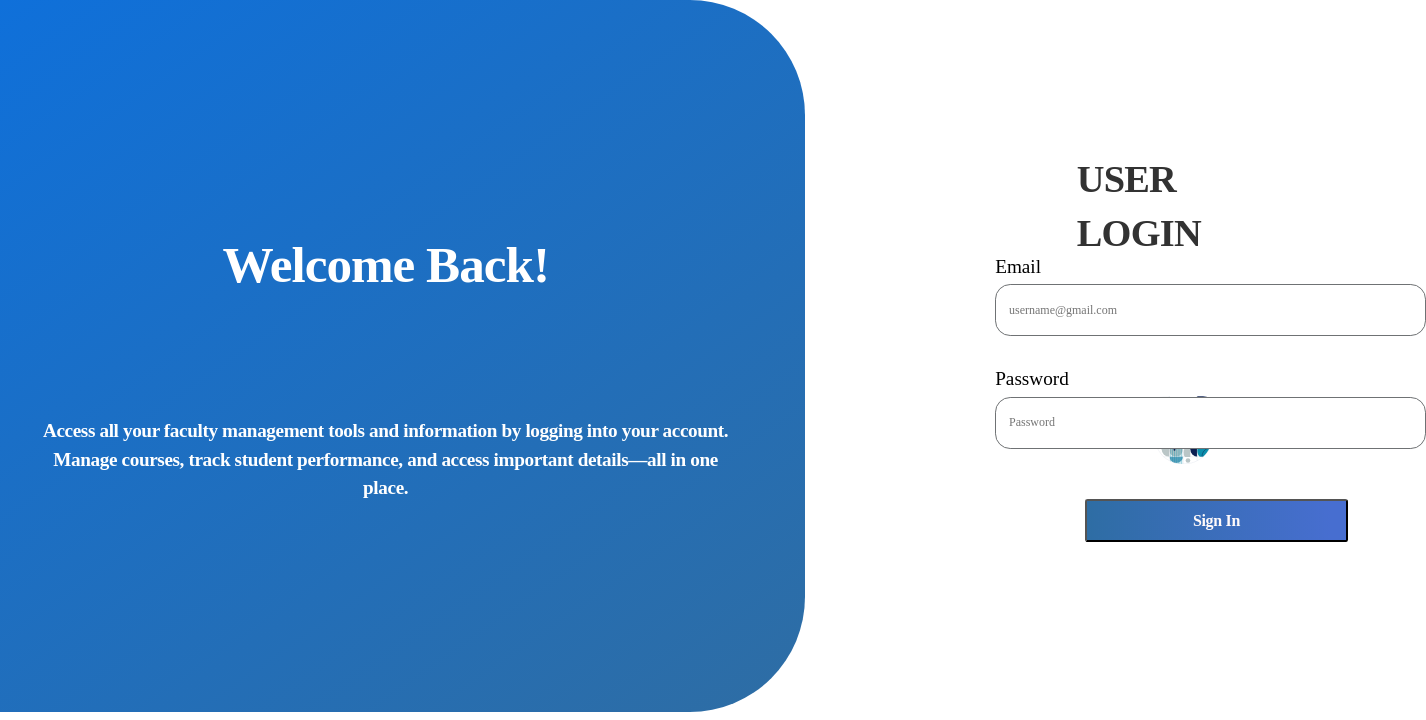
Repository: xedha/ProjetS4
Page: / (app in Frontend/)
The author's editor kept a copy of each file at every save. The page is drawn from the files as they stood at one save, then again after a run of saves.
The browser window is 1280 px wide. The page is 1426 px wide, so the pictures cover 1426 px, including what lies to the right of the window. The pictures show the whole page.
The project was rebuilt for these pictures with package versions that can differ from the ones it lists, and the page was loaded fresh each time. Also part of the build but not shown: Frontend/vite.config.ts, Frontend/src/components/common/Header.css, Frontend/src/components/common/Header.tsx, Frontend/src/components/common/Sidebar.css, Frontend/src/components/common/Sidebar.tsx, Frontend/src/services/api.ts, Frontend/src/components/common/Search.tsx, Frontend/src/components/common/AddButton.tsx and 6 more.

Above is the page before, as saved 2025-04-13 20:10:44.

### Frontend/src/index.css
/* This file can be used for global styles that should be applied before App.css */
/* You can leave it empty if all styles are in App.css or component-specific CSS files */

/* CSS Variables for consistent theming */
:root {
  --color-primary: #1e88e5;
  --color-primary-dark: #1976d2;
  --color-primary-light: #bbdefb;

  --color-secondary: #f50057;

  --color-success: #4caf50;
  --color-warning: #ff9800;
  --color-error: #f44336;

  --color-gray-100: #f7fafc;
  --color-gray-200: #edf2f7;
  --color-gray-300: #e2e8f0;
  --color-gray-400: #cbd5e0;
  --color-gray-500: #a0aec0;
  --color-gray-600: #718096;
  --color-gray-700: #4a5568;
  --color-gray-800: #2d3748;
  --color-gray-900: #1a202c;

  --font-sans: -apple-system, BlinkMacSystemFont, "Segoe UI", Roboto, "Helvetica Neue", Arial, sans-serif;

  --shadow-sm: 0 1px 2px 0 rgba(0, 0, 0, 0.05);
  --shadow: 0 1px 3px 0 rgba(0, 0, 0, 0.1), 0 1px 2px 0 rgba(0, 0, 0, 0.06);
  --shadow-md: 0 4px 6px -1px rgba(0, 0, 0, 0.1), 0 2px 4px -1px rgba(0, 0, 0, 0.06);
  --shadow-lg: 0 10px 15px -3px rgba(0, 0, 0, 0.1), 0 4px 6px -2px rgba(0, 0, 0, 0.05);

  --border-radius-sm: 0.125rem;
  --border-radius: 0.25rem;
  --border-radius-md: 0.375rem;
  --border-radius-lg: 0.5rem;
  --border-radius-xl: 1rem;
}

/* Reset some browser defaults */
html,
body {
  margin: 0;
  padding: 0;
  height: 100%;
}

a {
  text-decoration: none;
  color: inherit;
}

img {
  max-width: 100%;
  height: auto;
}

### Frontend/src/App.tsx
"use client"

import type React from "react"
import { useState } from "react"
import { BrowserRouter as Router, Routes, Route, Navigate } from "react-router-dom"
import { LoginPage } from "./Pages/LoginPage"
import { TeacherManagementPage } from "./components/teachers/TeacherManagementPage"
import { TeachingManagementPage } from "./components/teaching/TeachingManagementPage"
import "./App.css"

/**
 * Main App Component
 *
 * This component serves as the entry point for the ExamTrack application.
 * It handles:
 * - Routing between different pages
 * - Authentication state management
 * - Protected routes that require authentication
 * - Redirects for unauthorized access attempts
 */

// Define the User interface to type-check the user state
interface User {
  email: string
  name: string
}

const App: React.FC = () => {
  // Authentication state management

  // User state to track authentication
  // null means not authenticated, object means authenticated
  const [user, setUser] = useState<User | null>(null)

  /**
   * Handle login functionality
   * In a real app, this would validate credentials with an API
   * @param data - Object containing email and password
   */
  const handleLogin = (data: { email: string; password: string }) => {
    // Log login attempt for debugging
    console.log("Login attempt with:", data)

    // For demo purposes, we'll just set a user without actual validation
    // In a production app, this would include API calls to validate credentials
    setUser({
      email: data.email,
      name: "Admin", // Changed from "John Doe" to "Admin"
    })
  }

  /**
   * Handle logout functionality
   * Clears the user state to null, effectively logging the user out
   */
  const handleLogout = () => {
    setUser(null)
  }

  return (
    <Router>
      <div className="app">
        <Routes>
          {/*
            Public routes - accessible without authentication
            If user is already logged in, redirect to teachers page
          */}
          <Route path="/login" element={user ? <Navigate to="/teachers" /> : <LoginPage onLogin={handleLogin} />} />

          {/*
            Protected routes - require authentication
            If user is not logged in, redirect to login page
          */}

          {/* Teacher Management route */}
          <Route path="/teachers" element={user ? <TeacherManagementPage /> : <Navigate to="/login" />} />

          {/* Teaching Management route */}
          <Route path="/teaching" element={user ? <TeachingManagementPage /> : <Navigate to="/login" />} />

          {/*
            Additional routes to be implemented:

            <Route
              path="/courses"
              element={
                user ? <CourseManagementPage /> : <Navigate to="/login" />
              }
            />

            <Route
              path="/exams"
              element={
                user ? <ExamSchedulingPage /> : <Navigate to="/login" />
              }
            />

            <Route
              path="/settings"
              element={
                user ? <SettingsPage /> : <Navigate to="/login" />
              }
            />
          */}

          {/*
            Root path redirect
            If user is logged in, go to teachers page, otherwise go to login
          */}
          <Route path="/" element={<Navigate to={user ? "/teachers" : "/login"} />} />

          {/* Redirect dashboard to teachers */}
          <Route path="/dashboard" element={<Navigate to="/teachers" />} />

          {/*
            Catch-all route for any undefined paths
            Redirects to teachers if logged in, or login if not
          */}
          <Route path="*" element={<Navigate to={user ? "/teachers" : "/login"} />} />
        </Routes>
      </div>
    </Router>
  )
}

export default App

### Frontend/src/Pages/LoginPage.tsx
import type React from "react"
import { LeftPanel } from "../components/login/LeftPanel"
import { RightPanel } from "../components/login/RightPanel"
import "./LoginPage.css"

interface LoginPageProps {
  onLogin: (data: { email: string; password: string }) => void
}

export const LoginPage: React.FC<LoginPageProps> = ({ onLogin }) => {
  return (
    <div className="login-page">
      <div className="login-container">
        <div className="login-left">
          <LeftPanel />
        </div>
        <div className="login-right">
          <RightPanel onLogin={onLogin} />
        </div>
      </div>
    </div>
  )
}

### Frontend/src/App.css
/* Reset and base styles */
* {
  box-sizing: border-box;
  margin: 0;
  padding: 0;
}

body {
  font-family: -apple-system, BlinkMacSystemFont, "Segoe UI", "Roboto", "Oxygen", "Ubuntu", "Cantarell", "Fira Sans",
    "Droid Sans", "Helvetica Neue", sans-serif;
  -webkit-font-smoothing: antialiased;
  -moz-osx-font-smoothing: grayscale;
  color: #333;
  line-height: 1.5;
}

.app {
  min-height: 100vh;
}

button {
  cursor: pointer;
}

/* Utility classes */
.sr-only {
  position: absolute;
  width: 1px;
  height: 1px;
  padding: 0;
  margin: -1px;
  overflow: hidden;
  clip: rect(0, 0, 0, 0);
  white-space: nowrap;
  border-width: 0;
}

### Frontend/src/components/login/LeftPanel.tsx
import type React from "react"
import "./LeftPanel.css"

export const LeftPanel: React.FC = () => {
  return (
    <div className="left-panel">
      <div className="left-panel-content">
        <h1 className="left-panel-title">Welcome Back!</h1>

        <p className="left-panel-text">
          Access all your faculty management tools and information by logging into your account. Manage courses, track
          student performance, and access important details—all in one place.
        </p>


      </div>
    </div>
  )
}

### Frontend/src/components/login/RightPanel.tsx
"use client"

import type React from "react"
import { useState } from "react"
import logo from './logo.svg';
import "./RightPanel.css"

interface LoginFormData {
  email: string
  password: string
}

interface RightPanelProps {
  onLogin: (data: LoginFormData) => void
}

export const RightPanel: React.FC<RightPanelProps> = ({ onLogin }) => {
  const [formData, setFormData] = useState<LoginFormData>({
    email: "",
    password: "",
  })

  const handleChange = (e: React.ChangeEvent<HTMLInputElement>) => {
    const { name, value } = e.target
    setFormData((prev) => ({ ...prev, [name]: value }))
  }

  const handleSubmit = (e: React.FormEvent) => {
    e.preventDefault()
    onLogin(formData)
  }

  return (
    <div className="right-panel">
      <div className="login-form-container">
        <div className="login-header">
        <img className="logo"  src={logo} alt="Logo" />
          <span className="login-title">USER LOGIN</span>
        </div>

        <form onSubmit={handleSubmit} className="login-form">
          <div className="form-group">
            <label htmlFor="email" className="form-label">
              Email
            </label>
            <input
              id="email"
              name="email"
              type="email"
              required
              value={formData.email}
              onChange={handleChange}
              className="form-input"
              placeholder="username@gmail.com"
            />
          </div>

          <div className="form-group">
            <label htmlFor="password" className="form-label">
              Password
            </label>
            <input
              id="password"
              name="password"
              type="password"
              required
              value={formData.password}
              onChange={handleChange}
              className="form-input"
              placeholder="Password"
            />
          </div>

          <button type="submit" className="login-button">
            Sign In
          </button>
        </form>
      </div>
    </div>
  )
}

### Frontend/src/Pages/LoginPage.css
.login-page {
  min-height: 100vh;
  height: 100vh;
  width: 100%;
  display: flex;
  overflow: hidden;
}

.login-container {
  width: 100%;
  height: 100%;
  display: flex;
}

.login-left {
  width: 52.875rem;
  height: 100%;
  flex-shrink: 0;
}

.login-right {
  width: 60%;
  height: 100%;
}

@media (max-width: 768px) {
  .login-container {
    flex-direction: column;
  }

  .login-left,
  .login-right {
    width: 100%;
    height: 50%;
  }
}

### Frontend/src/components/login/LeftPanel.css
@import url('https://fonts.googleapis.com/css2?family=Montserrat:wght@400;500;700&display=swap');


html {
  font-size: min(1vw, 1.8vh); /* Adapts to both width and height */
}


.left-panel {
  width: 62.875rem;
  height: 55.6rem;
  border-radius: 0rem 9rem 9rem 0rem;
  background: linear-gradient(325deg, #2E6DA4 0.74%, #0F70DA 100%);
  flex-shrink: 0;


  position: absolute; /* This is required */
  /* Adjusted to lower the button */
  left: 0;

}



  .left-panel-title {
    width: 54.38681rem;
    height: 6.74rem;
    flex-shrink: 0;
    color: var(--White, #FFF);
    font-family: Poppins;
    font-size: 4rem;
    font-style: normal;
    font-weight: 600;
    line-height: 150%;
    letter-spacing: -0.08rem;
    text-align: center;
    position: absolute; /* This is required */
    /* Adjusted to lower the button */
    top : 17.75rem;
    left : 2.94rem;

  }


  .left-panel-text {

    width: 54.375rem;
    height: 7.5625rem;
    flex-shrink: 0;
    color: var(--White, #FFF);
    font-family: Poppins;
    font-size: 1.5rem;
    font-style: normal;
    font-weight: 600;
    line-height: 150%;
    letter-spacing: -0.03rem;
    text-align: center;

    position: absolute; /* This is required */
    /* Adjusted to lower the button */
  top : 32.56rem;
  left : 2.94rem;
  }

### Frontend/src/components/login/RightPanel.css

@import url('https://fonts.googleapis.com/css2?family=Montserrat:wght@400;500;700&display=swap');


html {
  font-size: min(1vw, 1.8vh); /* Adapts to both width and height */
}



  .login-form-container {

    max-width: 25rem;
    height: 45rem;

  }

  .login-header {
    color: var(--Black, #1D1D1D);
    font-family: Poppins;
    font-size: 3rem;
    font-style: normal;
    font-weight: 600;
    line-height: 140%;
    letter-spacing: -0.06rem;

    position: absolute;

   left : 84.12rem;
    top: 11.94rem;
    bottom: ;
  }

  .login-title {
    color: var(--Black, #323232);

    font-size: 3rem;
    font-style: normal;
    font-weight: 600;
    line-height: 1rem;
    letter-spacing: -0.06rem;


  }

  .login-form {
    display: flex;
    flex-direction: column;
    gap: 2.5rem;
    justify-content: center;
    position: absolute;

    left : 77.75rem;
     top: 20rem;
     bottom: ;

  }

  .form-group {
    display: flex;
    flex-direction: column;
    gap: 0.5rem;

  }

  .form-label {
    color: #000;
    font-family: Poppins;
    font-size: 1.5rem;
    font-style: normal;
    font-weight: 400;
    line-height: normal;

  }

  .form-input {
   display: flex;
   width: 33.625rem;
   height: 4.0625rem;
   overflow: hidden;
   padding: 1rem;
   border-radius: 1.1875rem;
   border: 0.711px solid #6F7274;
   background: #FFF;
   align-items: center;
   gap: 0.625rem;
   flex-shrink: 0;
   color: #6F7274;
   font-family: Poppins;
   font-size: 0.9375rem;
   font-style: normal;
   font-weight: 400;
   line-height: normal;


  }

  .form-input:focus {
    border-color: #1e88e5;
    box-shadow: 0 0 0 2px rgba(30, 136, 229, 0.2);

    display: flex;
    justify-content: center;
  }

  .login-button {
      display: flex;
      width: 20.577rem;
      height: 3.38188rem;
      justify-content: center;
      align-items: center;
      flex-shrink: 0;
        border-radius: 0.2205rem;
        background: linear-gradient(90deg, #2E6DA4 0%, #476ED0 94.4%);
        color: #FFFAFA;
        font-family: Poppins;
        font-size: 1.25rem;
        font-style: normal;
        font-weight: 600;
        line-height: normal;
        letter-spacing: -0.025rem;

        position: absolute;

        left : 7rem;
         top: 19rem;
         bottom: ;

  }

  .login-button:hover {
    background-color: #1976d2;
  }

  .logo{

    position: absolute;

    left : 6rem;
     top: 19rem;
     bottom: ;
  }

### Frontend/src/components/common/search.module.css
@import url("https://fonts.googleapis.com/css2?family=Montserrat:wght@400;500;700&display=swap");
/* From Uiverse.io by alexruix */
.group {
  display: flex;
  width: 60rem; /* Reduced from 72.5rem to make it less wide */
  height: 3.75rem;
  overflow: hidden;

  border-radius: 2rem;
  border: 1px solid #9a9696;
  box-shadow: 0px 4px 12px 0px rgba(13, 10, 44, 0.06);
  background: var(--White-White, #fff);
  align-items: center;
  gap: 0.375rem;
  flex-shrink: 0;

  position: relative; /* Changed from absolute to relative for better layout control */
  margin: 0 auto; /* Center the search bar */
}

.input {
  width: 100%;
  height: 40px;
  line-height: 28px;
  padding: 0 1rem;
  padding-left: 2.5rem;
  border: 2px solid transparent;
  border-radius: 8px;
  outline: none;
  background-color: #ffffff;
  color: #0d0c22;
  transition: .3s ease;
  color: var(--Gray, #abb7c2);
  font-family: Poppins, sans-serif;
  font-size: 1.125rem;
  font-style: normal;
  font-weight: 400;
  line-height: normal;

  display: flex;
  width: 60rem; /* Reduced from 72.5rem to match the container */
  height: 3.75rem;
  overflow: hidden;
  padding-left: 3rem;
  border-radius: 2rem;
  border: 1px solid #9a9696;
  box-shadow: 0px 4px 12px 0px rgba(13, 10, 44, 0.06);
  background: var(--White-White, #fff);
  align-items: center;
  gap: 0.375rem;
  flex-shrink: 0;
}

.input::placeholder {
  color: #9e9ea7;
}

.input:focus,
.input:hover {
  outline: none;
  border-color: #1cd8d2;
  border-radius: 2rem;
  border: 5px solid #1cd8d2;
  background-color: #fff;
  box-shadow: 0 0 0 6px rgb(234 76 137 / 10%);
  color: #53535f;
}

.icon {
  position: absolute;
  left: 1rem;
  fill: #9e9ea7;
  width: 1rem;
  height: 1rem;
  display: flex;
  padding: 0;
  align-items: center;
  gap: 0.625rem;

  width: 1.5rem;
  height: 1.5rem;
}

### Frontend/src/components/common/addbutton.module.css
@import url("https://fonts.googleapis.com/css2?family=Montserrat:wght@400;500;700&display=swap");

.addbuttongreen {
  position: absolute; /* This is required */
  top: 0.5rem; /* Adjusted to lower the button */
  right: 0;

  display: flex;
  width: 10.625rem;
  height: 2.9375rem;
  padding: 0.5rem 0.75rem;
  justify-content: center;
  align-items: center;
  gap: 0.5rem;
  flex-shrink: 0;
  border-radius: 0.5rem;
  background: var(--2nd, linear-gradient(90deg, #0B8FAC 0%, #043A46 100%));
  color: #fff;
  font-family: Montserrat, sans-serif;
  font-size: 0.9375rem;
  font-style: normal;
  font-weight: 700;
  line-height: normal;
  border: none;
  cursor: pointer;
}

.addbuttongreen:hover {
  background-color: #0B8FAC;
  box-shadow: 0px 15px 20px rgba(20, 133, 154, 0.4);
  color: #fff;
  transform: translateY(-7px);
}

.addbuttongreen:active {
  transform: translateY(-1px);
}
.add {
  width: 1.25rem;
  height: 1.0625rem;
  flex-shrink: 0;
}

### Frontend/src/components/common/table.module.css
@import url("https://fonts.googleapis.com/css2?family=Montserrat:wght@400;500;700&display=swap");

.tableContainer {
  width: 100%;
  overflow-x: auto;
  margin-top: 1.5rem;
  border-radius: 1rem;
  box-shadow: 0px 4px 12px 0px rgba(13, 10, 44, 0.06);
}

.table {
  width: 100%;
  border-collapse: collapse;
  border-radius: 1rem;
  overflow: hidden;
}

.tableHeader {
  height: 4.5625rem;
  border-radius: 1rem 1rem 0rem 0rem;
  border: 1px solid #000;
  box-shadow: 0px 4px 4px 0px rgba(0, 0, 0, 0.25);
  background: linear-gradient(180deg, #45d699 0%, #08b2ac 100%);
  position: sticky;
  top: 0;
  z-index: 10;
}

.tableHeaderCell {
  color: #fff;
  font-family: Montserrat, sans-serif;
  font-size: 0.875rem;
  font-weight: 700;
  padding: 1rem;
  text-align: left;
}

.tableRow {
  height: 4.625rem;
  border: 1px solid #e2e8f0;
}

.tableRow:nth-child(odd) {
  background-color: #eaf2f9;
}

.tableRow:nth-child(even) {
  background-color: white;
}

.tableRow:last-child {
  border-radius: 0rem 0rem 1rem 1rem;
}

.tableCell {
  padding: 1rem;
  color: #000;
  font-family: Montserrat, sans-serif;
  font-size: 0.99rem;
  font-weight: 500;
}

.actionCell {
  display: flex;
  align-items: center;
  gap: 0.5rem;
  padding: 1rem;
}

.editButton {
  width: 2rem;
  height: 2rem;
  background-color: #ebf8ff;
  color: #4299e1;
  border: none;
  border-radius: 0.375rem;
  display: flex;
  align-items: center;
  justify-content: center;
  cursor: pointer;
  transition: background-color 0.2s;
}

.editButton:hover {
  background-color: #bee3f8;
}

.deleteButton {
  width: 2rem;
  height: 2rem;
  background-color: #fff5f5;
  color: #f56565;
  border: none;
  border-radius: 0.375rem;
  display: flex;
  align-items: center;
  justify-content: center;
  cursor: pointer;
  transition: background-color 0.2s;
}

.deleteButton:hover {
  background-color: #fed7d7;
}

.statusBadge {
  display: inline-block;
  padding: 0.25rem 0.75rem;
  border-radius: 9999px;
  font-size: 0.75rem;
  font-weight: 600;
  text-transform: uppercase;
}

.statusAdmin {
  background-color: #e6fffa;
  color: #38b2ac;
}

.statusMed {
  background-color: #ebf8ff;
  color: #4299e1;
}

.statusMutated {
  background-color: #fffaf0;
  color: #ed8936;
}

.statusRetired {
  background-color: #fff5f5;
  color: #f56565;
}

.teacherAvatar {
  width: 2rem;
  height: 2rem;
  border-radius: 50%;
  background-color: #e2e8f0;
  margin-right: 0.75rem;
}

.teacherCode {
  display: flex;
  align-items: center;
}

.pagination {
  display: flex;
  justify-content: center;
  gap: 0.5rem;
  margin-top: 1.5rem;
  margin-bottom: 1.5rem;
}

.paginationButton,
.paginationNumber {
  display: flex;
  align-items: center;
  justify-content: center;
  min-width: 2rem;
  height: 2rem;
  padding: 0 0.5rem;
  border: 1px solid #e2e8f0;
  border-radius: 0.375rem;
  background-color: white;
  color: #4a5568;
  font-size: 0.875rem;
  cursor: pointer;
  transition: all 0.2s;
}

.paginationButton:disabled {
  opacity: 0.5;
  cursor: not-allowed;
}

.paginationNumber.active {
  background-color: #0b8fac;
  color: white;
  border-color: #0b8fac;
}

.paginationButton:not(:disabled):hover,
.paginationNumber:not(.active):hover {
  background-color: #f7fafc;
}

.paginationEllipsis {
  display: flex;
  align-items: center;
  justify-content: center;
  min-width: 2rem;
  height: 2rem;
  color: #4a5568;
}

.tooltip {
  position: absolute;
  background-color: #f56565;
  color: white;
  padding: 0.5rem;
  border-radius: 0.375rem;
  font-size: 0.75rem;
  opacity: 0;
  pointer-events: none;
  transition: opacity 0.3s;
  white-space: nowrap;
}

.deleteButton:hover .tooltip {
  opacity: 1;
}

Loaded but not shown: Frontend/index.html (common file); Frontend/src/main.tsx (common file)

After the next 2 saves:
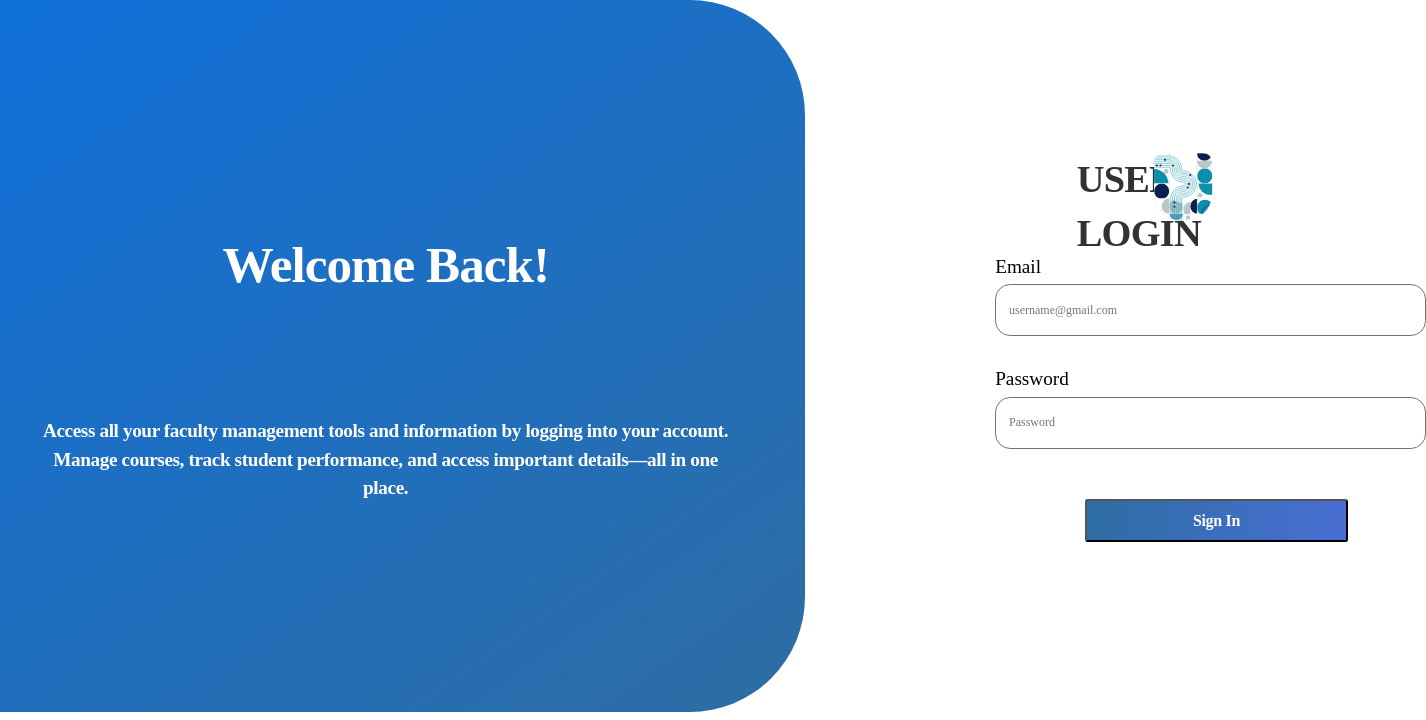
The 2 saves are shown as one change because they came seconds apart.
The last was saved 6 s later.
--- a/Frontend/src/components/login/RightPanel.css
+++ b/Frontend/src/components/login/RightPanel.css
@@ -137,6 +137,6 @@ html {
     position: absolute;
 
     left : 6rem;
-     top: 19rem;
+     top: 0rem;
      bottom: ;
   }
